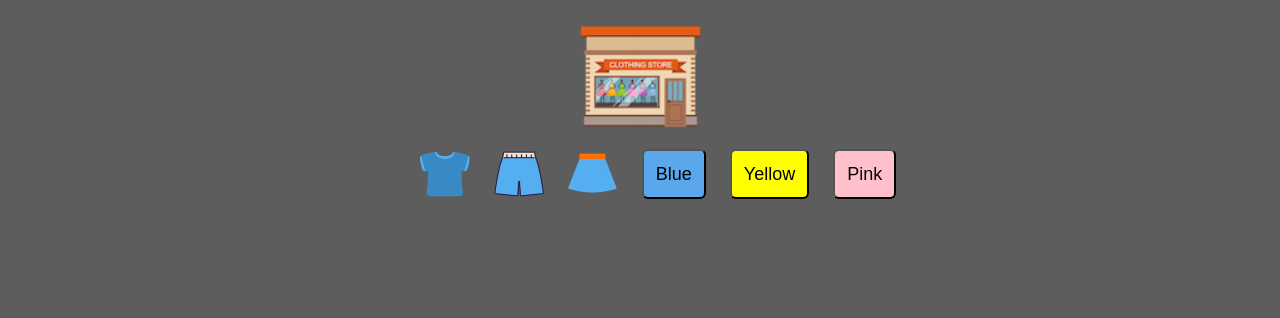
Repository: keehoonjung/Shoppingmall-Game
Page: index.html
These files come from the project's save history. The page is drawn as it stood at one moment and after the next save; the edit follows.
The browser window is 1280 px wide. The pictures show the whole page.

Above is the page before, as saved 2021-08-12 14:05:46.

### index.html
<!DOCTYPE html>
<html lang="en">
<head>
    <meta charset="UTF-8">
    <meta http-equiv="X-UA-Compatible" content="IE=edge">
    <meta name="viewport" content="width=device-width, initial-scale=1.0">
    <title>Shoppingamll Game</title>
    <link rel="stylesheet" href="style.css">
    <script src="main.js" defer></script>
</head>
<body>
    <header>
        <img src="./imgs/logo.png" alt="header" class="header__logo">
    </header>
    <ul class="filter">
        <li class="filter__btn">
            <img src="./imgs/blue_t.png" alt="shirt" class="shirt">
        </li>
        <li class="filter__btn">
            <img src="./imgs/blue_p.png" alt="pants" class="pants">
        </li>
        <li class="filter__btn">
            <img src="./imgs/blue_s.png" alt="" class="skirt">
        </li>
        <li class="filter__btn">
            <button class="blue">
                Blue
            </button>
        </li>
        <li class="filter__btn">
            <button class="yellow">
                Yellow
            </button>
        </li>
        <li class="filter__btn">
            <button class="pink">
                Pink
            </button>
        </li>
    </ul>
    <ul class="items">
        <li class="item" data-type="shirt" data-color="blue">
            <img src="./imgs/blue_t.png" alt="blueshirt">
            <span>male, large size</span>
        </li>
        <li class="item" data-type="skirt" data-color="blue">
            <img src="./imgs/blue_s.png" alt="blueshirt">
            <span>male, large size</span>
        </li>
        <li class="item" data-type="pants" data-color="blue">
            <img src="./imgs/blue_p.png" alt="blueshirt">
            <span>male, large size</span>
        </li>
        <li class="item" data-type="shirt" data-color="pink">
            <img src="./imgs/pink_t.png" alt="blueshirt">
            <span>male, large size</span>
        </li>
        <li class="item" data-type="skirt" data-color="pink">
            <img src="./imgs/pink_s.png" alt="blueshirt">
            <span>male, large size</span>
        </li>
        <li class="item" data-type="pants" data-color="pink">
            <img src="./imgs/pink_p.png" alt="blueshirt">
            <span>male, large size</span>
        </li>
        <li class="item" data-type="shirt" data-color="yellow">
            <img src="./imgs/yellow_t.png" alt="blueshirt">
            <span>male, large size</span>
        </li>
        <li class="item" data-type="skirt" data-color="yellow">
            <img src="./imgs/yellow_s.png" alt="blueshirt">
            <span>male, large size</span>
        </li>
        <li class="item" data-type="pants" data-color="yellow">
            <img src="./imgs/yellow_p.png" alt="blueshirt">
            <span>male, large size</span>
        </li>
    </ul>
</body>
</html>

### style.css
* {
  box-sizing: border-box;
}

body {
  background-color: rgb(94, 93, 93);
  text-align: center;
  margin: 0;
}

ul {
  list-style: none;
}

button {
  outline: none;
  border-radius: 6px;
  display: inline-block;
  height: 50px;
  padding: 8px 12px;
  font-size: 18px;
  cursor: pointer;
}

header {
  margin-top: 20px;
}

.header__logo {
  width: 125px;
}

.filter {
  display: flex;
  justify-content: center;
  margin: 0;
  padding: 0;
  padding-left: 60px;
}

.filter__btn {
  padding-right: 24px;
}

.filter__btn img {
  height: 50px;
  cursor: pointer;
}

.blue {
  background-color: rgb(90, 167, 235);
}

.yellow {
  background-color: yellow;
}

.pink {
  background-color: pink;
}

.items {
  padding: 0;
}

.item {
  background-color: white;
  margin-bottom: 12px;
  width: 500px;
  height: 60px;
  margin: 12px auto;
  border-radius: 8px;
  display: flex;
  align-items: center;
  padding-left: 30px;
  display: none;
}

.item.visible {
  display: block;
}

.item img {
  height: 50px;
}

.item span {
  margin-left: 25px;
}

### main.js
"use strict";

const navi = document.querySelector(".filter");
const itemList = document.querySelector(".items");

navi.addEventListener("click", (evnet) => {
  console.log(event.target);
});

const pants = document.querySelectorAll(`li[data-type="pants"]`);

console.log(pants);

After the next save:
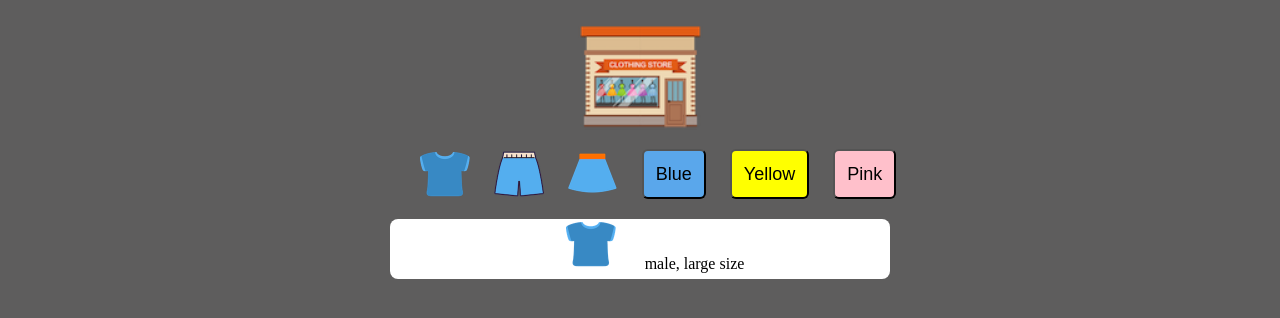
Saved 9 s later.
--- a/index.html
+++ b/index.html
@@ -39,7 +39,7 @@
         </li>
     </ul>
     <ul class="items">
-        <li class="item" data-type="shirt" data-color="blue">
+        <li class="item visible" data-type="shirt" data-color="blue">
             <img src="./imgs/blue_t.png" alt="blueshirt">
             <span>male, large size</span>
         </li>
